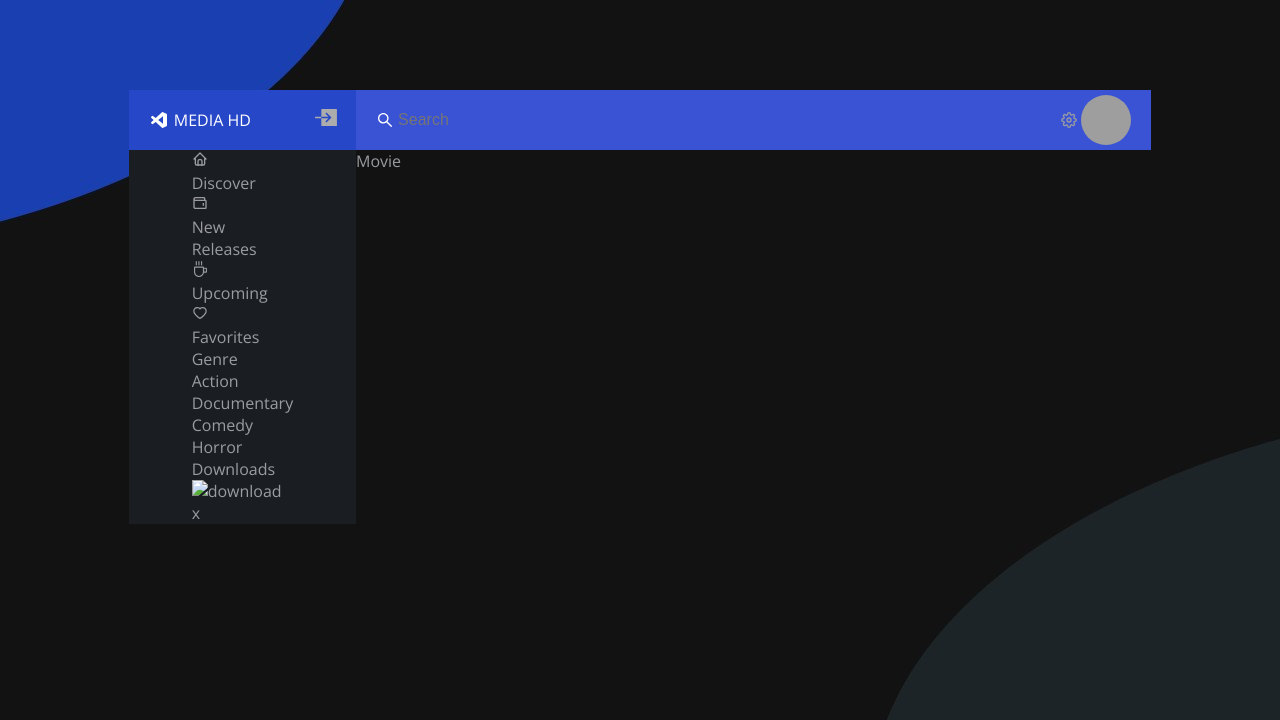
Repository: DevLaukey/movie-task
Page: /
These files come from the project's save history. The page is drawn as it stood at one moment and after the next save; the edit follows.
The browser window is 1280 px wide. The pictures show the whole page.
Pictures or frames that could not be fetched are drawn as grey boxes. The page's requests for data from a server got no answer. The project was rebuilt for these pictures with package versions that can differ from the ones it lists, and the page was loaded fresh each time. No one was signed in, and anything a server would have sent is missing. Also part of the build but not shown: src/components/Body/Movies.css.

Above is the page before, as saved 2022-06-15 18:58:48.

### src/App.js
import "./App.css"
import Body from "./components/Body/Body";
import Sidebar from "./components/Sidebar/Sidebar";
import axios from "axios";
import { useEffect, useState } from "react";

function App() {
  const [movies, setMovies] = useState([]);
  const url = "https://api.themoviedb.org/3/";
  const api = axios.create({ baseURL: url });

  const movieDetails = api.get(`/discover/movie?api_key=${process.env.REACT_APP_MOVIEDB_API}`, {
    params: process.env.MOVIEDB_API,
  });

  useEffect(() => {
    movieDetails.then((res) => {
      console.log(res.data.results);
    });
  }, [movies])
  return (
    <main className="App">
      <div className="App__container">
        <Sidebar />
        <Body />
      </div>
    </main>
  );
}

export default App;

### src/index.css
*{
    padding: 0;
    margin: 0;
    box-sizing: border-box;

}

### src/features/counter/counterSlice.js
import { createAsyncThunk, createSlice } from '@reduxjs/toolkit';
import { fetchCount } from './counterAPI';

const initialState = {
  value: 0,
  movies: 'idle',
};

// The function below is called a thunk and allows us to perform async logic. It
// can be dispatched like a regular action: `dispatch(incrementAsync(10))`. This
// will call the thunk with the `dispatch` function as the first argument. Async
// code can then be executed and other actions can be dispatched. Thunks are
// typically used to make async requests.
export const incrementAsync = createAsyncThunk(
  'counter/fetchCount',
  async (amount) => {
    const response = await fetchCount(amount);
    // The value we return becomes the `fulfilled` action payload
    return response.data;
  }
);

export const counterSlice = createSlice({
  name: 'counter',
  initialState,
  // The `reducers` field lets us define reducers and generate associated actions
  reducers: {
    increment: (state) => {
      // Redux Toolkit allows us to write "mutating" logic in reducers. It
      // doesn't actually mutate the state because it uses the Immer library,
      // which detects changes to a "draft state" and produces a brand new
      // immutable state based off those changes
      state.value += 1;
    },
    decrement: (state) => {
      state.value -= 1;
    },
    // Use the PayloadAction type to declare the contents of `action.payload`
    incrementByAmount: (state, action) => {
      state.value += action.payload;
    },
  },
  // The `extraReducers` field lets the slice handle actions defined elsewhere,
  // including actions generated by createAsyncThunk or in other slices.
  extraReducers: (builder) => {
    builder
      .addCase(incrementAsync.pending, (state) => {
        state.status = 'loading';
      })
      .addCase(incrementAsync.fulfilled, (state, action) => {
        state.status = 'idle';
        state.value += action.payload;
      });
  },
});

export const { increment, decrement, incrementByAmount } = counterSlice.actions;

// The function below is called a selector and allows us to select a value from
// the state. Selectors can also be defined inline where they're used instead of
// in the slice file. For example: `useSelector((state: RootState) => state.counter.value)`
export const selectCount = (state) => state.counter.value;

// We can also write thunks by hand, which may contain both sync and async logic.
// Here's an example of conditionally dispatching actions based on current state.
export const incrementIfOdd = (amount) => (dispatch, getState) => {
  const currentValue = selectCount(getState());
  if (currentValue % 2 === 1) {
    dispatch(incrementByAmount(amount));
  }
};

export default counterSlice.reducer;

### src/App.css
@import url('https://fonts.googleapis.com/css2?family=Open+Sans&display=swap');
.App{
    background-image: url(../public/back.jpg);
    width: 100vw;
    height: 100vh;
    background-size: cover;
    background-repeat: no-repeat;
    font-family: 'Open Sans', sans-serif;
    color: rgba(154,156,161,255);
}
.App__container{
    position: absolute;
    display: flex;
    justify-content: center;
    padding: 10vh;
    width: 100%;
}

### src/components/Body/Body.js
import React from "react";
import "./Body.css";
import Movies from "./Movies";
import Nav from "./Nav/Nav";
function Body() {
  return (
    <div className="body">
      <Nav />
      <Movies />
    </div>
  );
}

export default Body;

### src/components/Sidebar/Sidebar.js
import React from "react";
import "./Sidebar.css";
import { IoEnterSharp } from "react-icons/io5";
import { SiVisualstudiocode } from "react-icons/si";
import { TbHome } from "react-icons/tb";
import { BiWallet } from "react-icons/bi";
import { AiOutlineHeart, AiOutlineCoffee } from "react-icons/ai";


function Sidebar() {
  return (
    <div className="sidebar">
      <div className="sidebar__top">
        <div className="sidebar__left">
          <SiVisualstudiocode className="sidebar__logo" />
          <p className="sidebar__text">MEDIA HD</p>
        </div>
        <div className="sidebar__right">
          <IoEnterSharp
            style={{ color: "#acacac", height: "25", width: "30" }}
          />
        </div>
      </div>
      <div className="sidebar__bottom">
        <nav className="sidebar__logo">
          <div className="sidebar__option">
            <TbHome />
            <p className="sidebar__option-text">Discover</p>
          </div>
          <div className="sidebar__option">
            <BiWallet />
            <p className="sidebar__option-text">New Releases</p>
          </div>
          <div className="sidebar__option">
            <AiOutlineCoffee />
            <p className="sidebar__option-text">Upcoming</p>
          </div>
          <div className="sidebar__option">
            <AiOutlineHeart />

            <p className="sidebar__option-text">Favorites</p>
          </div>
        </nav>
        <section className="sidebar__genre">
          <p className="sidebar__genre-bold-text">Genre</p>
          <p className="sidebar__genre-text">Action</p>
          <p className="sidebar__genre-text">Documentary</p>
          <p className="sidebar__genre-text">Comedy</p>
          <p className="sidebar__genre-text">Horror</p>
        </section>
        <section className="sidebar__downloads">
          <p className="sidebar__downloads-bold-text">Downloads</p>
          <img src="" alt="download" />
          <p className="sidebar__downloads-text">x</p>
        </section>
      </div>
    </div>
  );
}

export default Sidebar;

### src/components/Body/Body.css
.body{
    display: flex;
    flex-direction: column;
    top: -20px;
    width: 70%;
}

### src/components/Body/Movies.js
import React from 'react'
import Movie from './Movie'
import "./Movies.css"
function Movies() {
  return (
      <div>
          <Movie />
    </div>
  )
}

export default Movies

### src/components/Body/Nav/Nav.js
import React from 'react'
import "./Nav.css"
import { AiOutlineSearch} from "react-icons/ai";
import { FiSettings } from "react-icons/fi";

function Nav() {
  return (
    <div className="nav">
      <div className="nav__search">
        <AiOutlineSearch style={{ color: "white", fontSize: "20" }} />
        <input
          className="nav__search__input"
          type="text"
          placeholder="Search"
        />
      </div>
      <div className="nav__icons">
        <FiSettings />
        <img
          src={`https://dt2sdf0db8zob.cloudfront.net/wp-content/uploads/2019/12/9-Best-Online-Avatars-and-How-to-Make-Your-Own-for-Free-image1-5.png`}
          alt=""
          className="nav__avatar"
        />
      </div>
    </div>
  );
}

export default Nav

### src/components/Sidebar/Sidebar.css
.sidebar {
  display: flex;
  flex-direction: column;
  margin-top: 18px;
  width: 20%;
  align-items: center;
  background-color:rgba(26,29,34,255);
}
.sidebar__top {
  display: flex;
  width: 100%;
  justify-content: space-between;
  align-items: center;
  padding: 15px;
  background-color:#2647c8;
}
.sidebar__left {
  color: #fff;

  display: flex;
  align-items: center;
}
.sidebar__logo {
  width: 30px;
}
.sidebar__option:hover{
background-color:#0c0c0c;
color:rgba(25,64,181,255);
border-left: 1px solid #2647c8;
}

.sidebar__logo{
    /* width: ; */
}

### src/components/Body/Movie.js
import React from 'react'
import "./Movies.css"
function Movie() {
  return (
    <div>Movie</div>
  )
}

export default Movie

### src/components/Body/Nav/Nav.css
.nav {
  width: 100%;
  display: flex;
  justify-content: space-between;
  margin-top: 18px;
  align-items: center;
  padding: 5px 20px;
  background-color: #3a53d4;
}
.nav__search {
  display: flex;
  align-items: center;
}
.nav__search__input {
  width: 100%;
  border: none;
  background-color: #3a53d4;
  color: #fff;
  margin-left: 4px;
  font-size: 1em;
}

.nav__search__input:focus {
  outline: none;
}
.nav__icons{
    display: flex;
    align-items: center;
}
.nav__avatar{
    margin-left: 4px;
  vertical-align: middle;
  width: 50px;
  height: 50px;
  border-radius: 50%
}

Loaded but not shown: public/index.html (common file); src/index.js (common file); src/app/store.js (common file); src/reportWebVitals.js (common file); src/features/counter/counterAPI.js (common file)

After the next save:
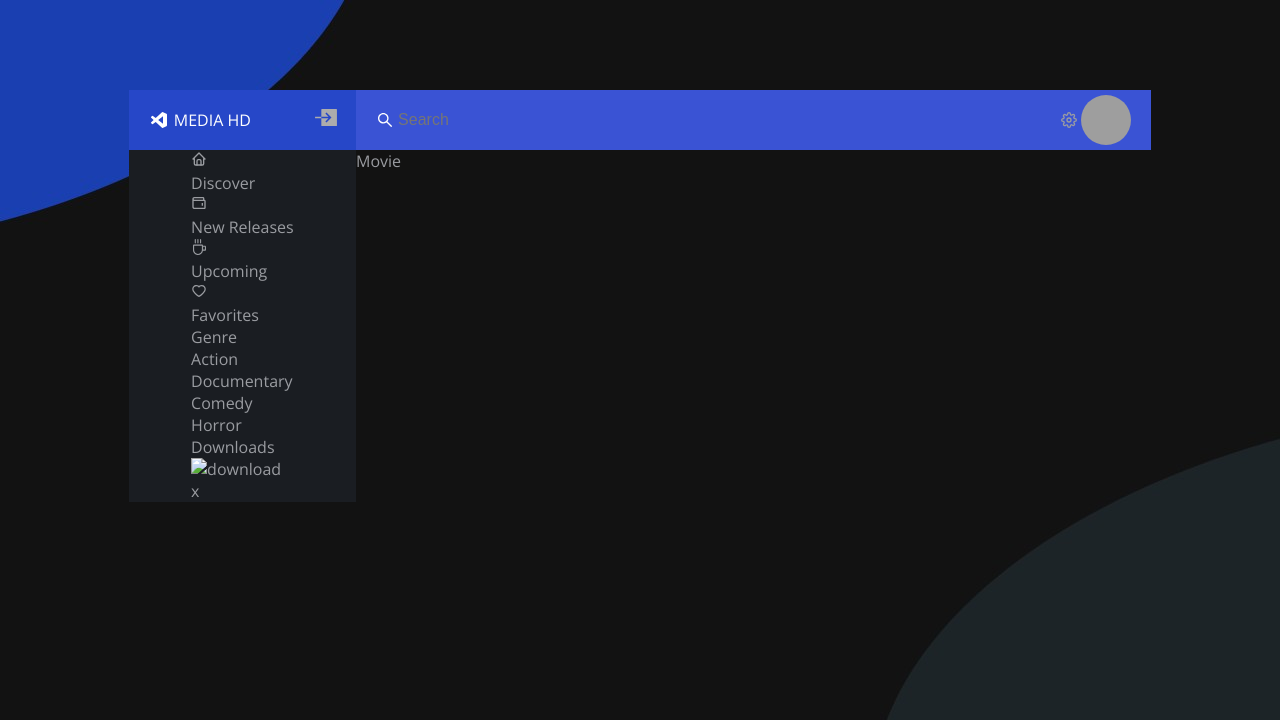
Saved 93 min 34 s later.
--- a/src/components/Sidebar/Sidebar.js
+++ b/src/components/Sidebar/Sidebar.js
@@ -22,7 +22,7 @@ function Sidebar() {
         </div>
       </div>
       <div className="sidebar__bottom">
-        <nav className="sidebar__logo">
+        <nav className="sidebar__group">
           <div className="sidebar__option">
             <TbHome />
             <p className="sidebar__option-text">Discover</p>
